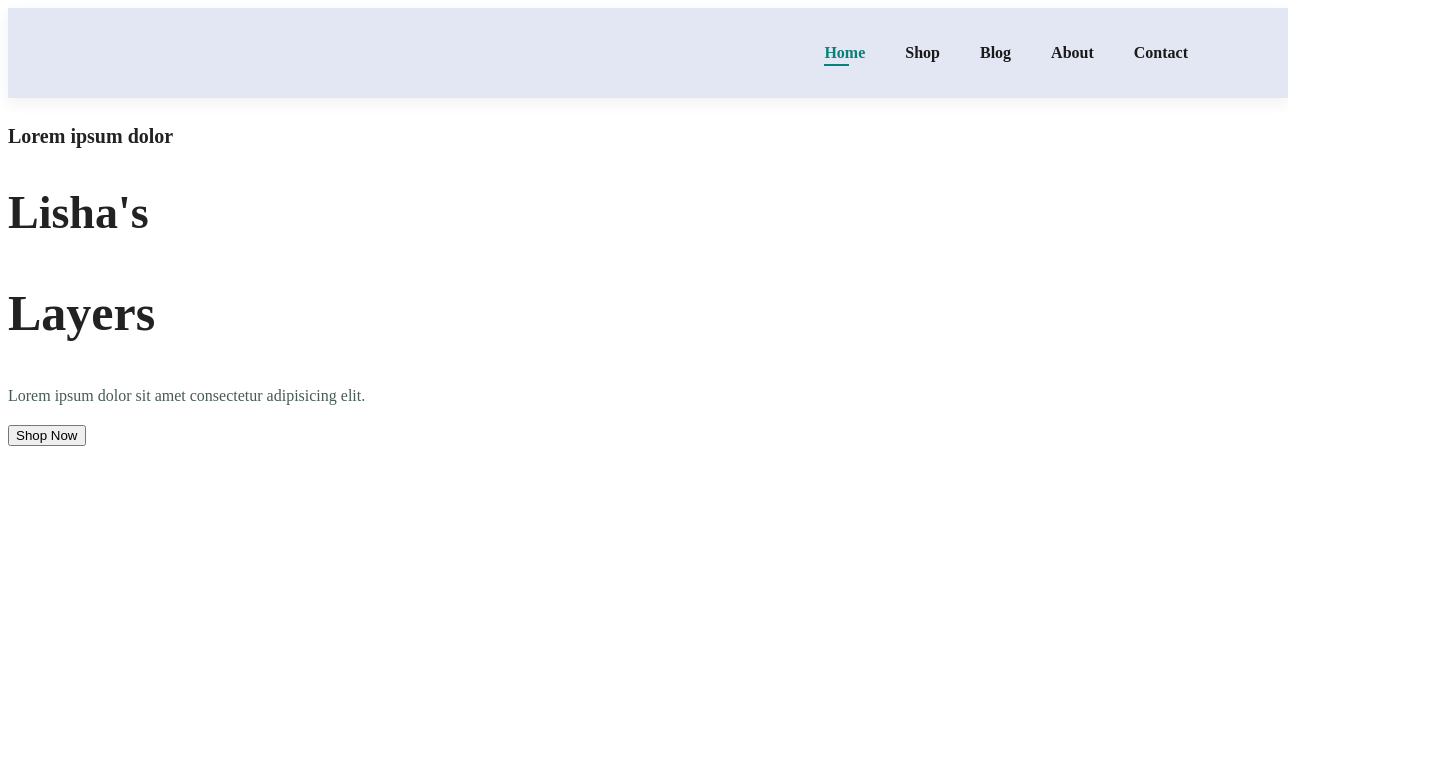
Repository: thecoachanna/lishas-layers
Page: index.html
An editor plug-in stored every save of this project. The page is shown before and after a run of saves, followed by the edit.
The browser window is 1280 px wide. The page is 1288 px wide, then 1448 px, so the pictures cover 1448 px, including what lies to the right of the window. The pictures show the whole page.

Above is the page before, as saved 2023-01-05 15:09:05.

### index.html
<!DOCTYPE html>
<html lang="en">
<head>
    <meta charset="UTF-8">
    <meta http-equiv="X-UA-Compatible" content="IE=edge">
    <meta name="viewport" content="width=device-width, initial-scale=1.0">
    <link rel="stylesheet" href="style.css">
    <title>Lisha's Layers</title>
</head>
<body>
    <section id="header">
        <a href="#"><img src="" class="logo" alt=""></a>
    <div>
        <ul id="navbar">
           <li><a class="active" href="index.html">Home</a></li>
           <li><a href="shop.html">Shop</a></li>
           <li><a href="blog.html">Blog</a></li>
           <li><a href="about.html">About</a></li>
           <li><a href="contact.html">Contact</a></li>
        </ul>
    </div>
    </section>

    <section id="hero">
        <h4>Lorem ipsum dolor</h4>
        <h2>Lisha's</h2>
        <h1>Layers</h1>
        <p>Lorem ipsum dolor sit amet consectetur adipisicing elit.</p>
        <button>Shop Now</button>
    </section>
    <script src="script.js"></script>
</body>
</html>

### style.css
@import url('https://fonts.googleapis.com/css2?family=Lato:wght@100&family=Oswald:wght@700&family=Outfit&family=Poiret+One&display=swap')

* {
    margin: 0;
    padding: 0;
    box-sizing: border-box;
    font-family: 'Spartan', sans-serif;
}

h1 {
    font-size: 50px;
    line-height: 64px;
    color: #222;
}

h2 {
    font-size: 46px;
    line-height: 54px;
    color: #222;
}

h4 {
    font-size: 20px;
    color: #222;
}

h6 {
    font-weight: 700px;
    font-size: 12px;
}

p {
    font-size: 16px;
    color: #465b52;
    margin: 15px 0 20px 0;
}

.section-p1 {
    padding: 40px 80px;
}

.section-m1 {
    margin: 40px 0;
}

body {
    width: 100%
}

#header {
    display: flex;
    align-items: center;
    justify-content: space-between;
    padding: 20px 80px;
    background: #e3e6f3;
    box-shadow: 0 5px 15px rgba(0, 0, 0, 0.06);
}

#navbar {
    display: flex;
    align-items: center;
    justify-content: center;
}

#navbar li {
    list-style: none;
    padding: 0 20px;
    position: relative;
}

#navbar li a {
    text-decoration: none;
    font-size: 16px;
    font-weight: 600;
    color: #1a1a1a;
    transition: 0.3s ease;
}

#navbar li a:hover,
#navbar li a.active {
    color: #088178;
}

#navbar li a.active::after,
#navbar li a:hover::after {
    content: "";
    width: 30%;
    height: 2px;
    background: #088178;
    position: absolute;
    bottom: -4px;
    left: 20px;
}

/* Home Page */

#hero {
    background-image: url("");
    height: 90vh;
    width: 100%;
    background-position: top 25% right 0;

}

Loaded but not shown: script.js (no stored copy; drawn as an empty file)

After the next 4 saves:
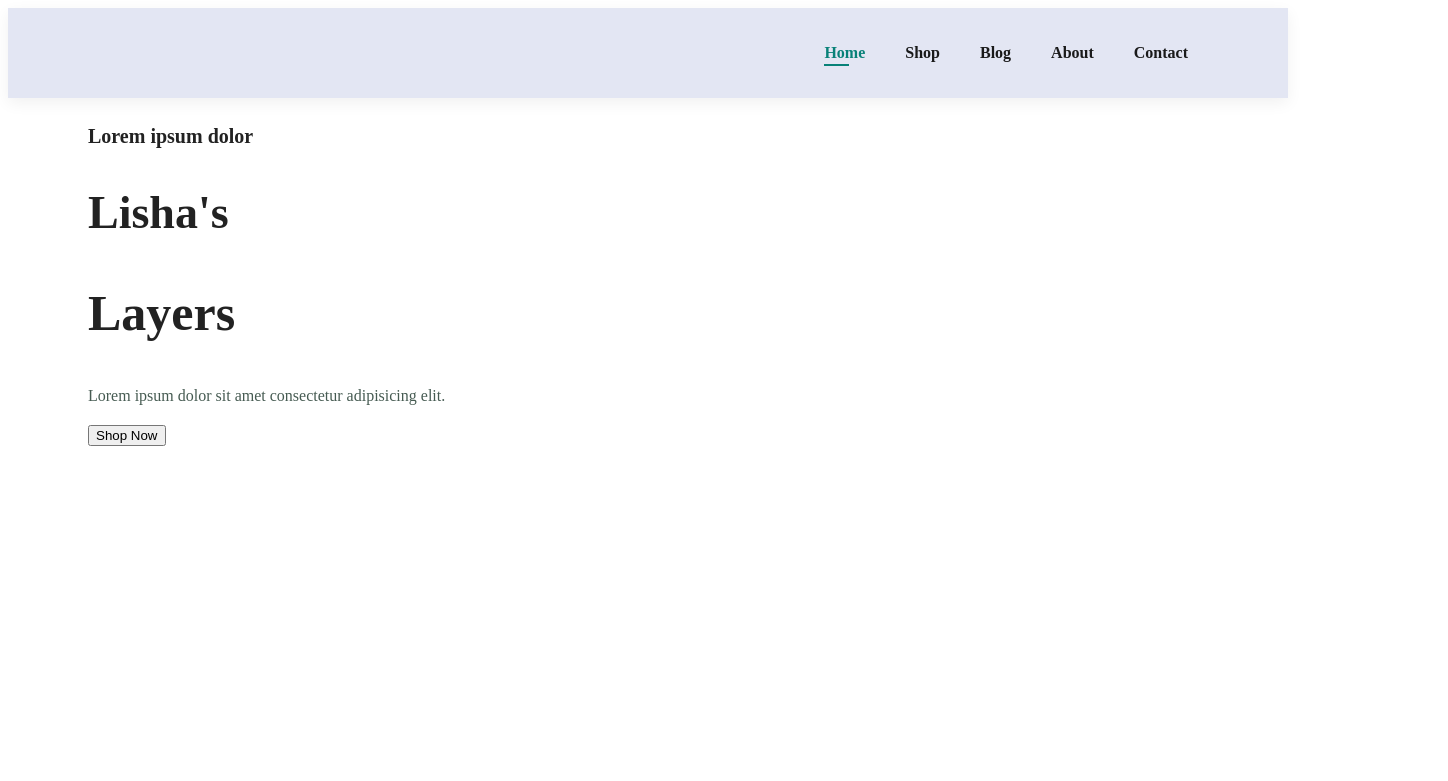
The 4 saves are shown as one change because they came seconds apart.
The last was saved 44 s later.
--- a/style.css
+++ b/style.css
@@ -99,5 +99,6 @@ body {
     height: 90vh;
     width: 100%;
     background-position: top 25% right 0;
+    padding: 0 80px;
 
 }
